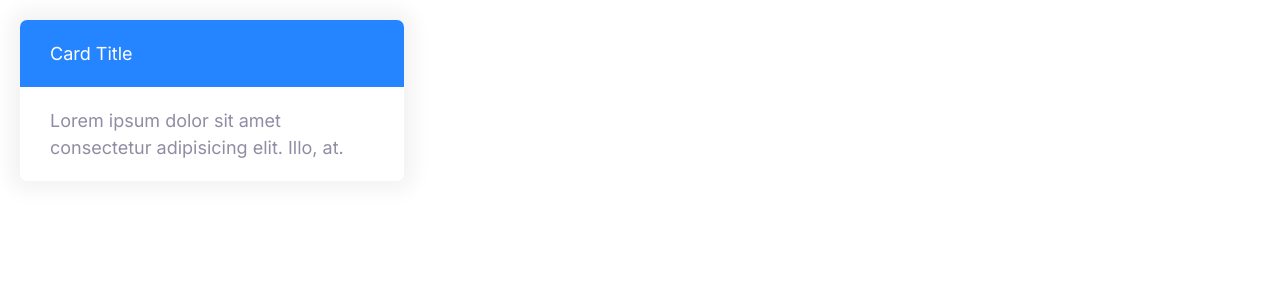
Repository: Qiwenweiii/CodeWithMosh
Page: index.html
These files come from the project's save history. The page is drawn as it stood at one moment and after the next save; the edit follows.
The browser window is 1280 px wide. The pictures show the whole page.

Above is the page before, as saved 2021-11-11 21:57:20.

### index.html
<!DOCTYPE html>
<html>

<head>
    <title>CodeWithMosh</title>
    <meta charset="UTF-8" />

    <link rel="preconnect" href="https://fonts.googleapis.com" />
    <link rel="preconnect" href="https://fonts.gstatic.com" crossorigin />
    <link href="https://fonts.googleapis.com/css2?family=Inter:wght@400;600;700&display=swap" rel="stylesheet" />

    <link rel="stylesheet" href="./styles/normalize.css" />
    <link rel="stylesheet" href="./styles/styles.css" />
</head>

<body>
    <div style="width: 30%; margin: 20px">
        <div class="card card--primary">
            <header class="card__header">Card Title</header>
            <div class="card__body">
                Lorem ipsum dolor sit amet consectetur adipisicing elit. Illo, at.
            </div>
        </div>
    </div>
</body>

</html>

### styles/styles.css
:root {
    /* 定义配色变量 */
    /* 主体配色 */
    --color-primary: #2584ff;
    --color-secondary: #00d9ff;
    --color-accent: #ff3400;
    /* 文本配色 */
    --color-headings: #1b0760;
    --color-body: #918ca4;
    --color-border: #ccc;
    --border-radius: 30px;
}

*,
*::before,
*::after {
    box-sizing: border-box;
}


/* 字体配置 */


/* 设置默认字体大小 */

html {
    /* 默认字体大小是16px，62.5%是10px */
    font-size: 62.5%;
}


/* 设置字体，字体大小和文本颜色 */

body {
    font-family: Inter, Arial, Helvetica, sans-serif;
    color: var(--color-body);
    font-size: 2.4rem;
    line-height: 1.5;
}

h1,
h2,
h3 {
    color: var(--color-headings);
    margin-bottom: 1rem;
}

h1 {
    font-size: 7rem;
}

h2 {
    font-size: 4rem;
}

h3 {
    font-size: 3rem;
}

p {
    margin-top: 0;
}


/* PC端页面字体大小 */

@media screen and (min-width: 1024px) {
    body {
        font-size: 1.8rem;
    }
    h1 {
        font-size: 8rem;
    }
    h3 {
        font-size: 2.4rem;
    }
}


/* 链接配置,Links */

a {
    text-decoration: none;
}

.link-arrow {
    color: var(--color-accent);
    text-transform: uppercase;
    font-size: 2rem;
    font-weight: bold;
}

.link-arrow::after {
    content: "-->";
    margin-left: 5px;
    transition: margin 0.15s;
}

.link-arrow:hover::after {
    margin-left: 10px;
}

@media screen and (min-width: 1024px) {
    .link-arrow {
        font-size: 1.5rem;
    }
}


/* 标签的样式 */


/* 结构 */

.badge {
    border-radius: 20px;
    padding: 0.5rem 2rem;
    font-weight: 600;
    font-size: 2rem;
    white-space: nowrap;
}


/* 外观，常规标签 */

.badge--primary {
    background: var(--color-primary);
    color: #fff;
}

.badge--secondary {
    background: var(--color-secondary);
    color: #fff;
}


/* 小标签 */

.badge--small {
    font-size: 1.6rem;
}

@media screen and (min-width: 1024px) {
    .badge {
        font-size: 1.5rem;
    }
    .badge--small {
        font-size: 1.2rem;
    }
}


/* 列表 */

.list {
    list-style: none;
    padding-left: 0;
    color: var(--color-headings);
}

.list--inline .list__item {
    display: inline-block;
    margin-right: 2rem;
}

.list--tick {
    padding-left: 3rem;
    list-style-image: url(../images/tick.svg);
}

.list--tick .list__item {
    padding-left: 0.5rem;
    margin-bottom: 1rem;
}

@media screen and (min-width: 1024px) {
    .list--tick .list__item {
        padding-left: 0;
    }
}


/* Icon，图标 */

.icon-container {
    display: flex;
    justify-content: center;
    align-items: center;
    background: #f3f9fa;
    width: 64px;
    height: 64px;
    border-radius: 100%;
}

.icon {
    width: 40px;
    height: 40px;
}

.icon--primary {
    fill: var(--color-primary);
}


/* 按钮组件 */

.btn {
    font-size: 1.8rem;
    font-weight: 600;
    text-transform: uppercase;
    text-align: center;
    padding: 2rem 3rem;
    margin: 1rem 0;
    border: 0;
    border-radius: 40px;
    cursor: pointer;
    white-space: nowrap;
}

.btn--primary {
    background-color: var(--color-primary);
    color: #fff;
}

.btn--primary:hover {
    background-color: #3a8ffd;
}

.btn--secondary {
    background-color: var(--color-secondary);
    color: #fff;
}

.btn--secondary:hover {
    background-color: #00c8eb;
}

.btn--accent {
    background-color: var(--color-accent);
    color: #fff;
}

.btn--accent:hover {
    background-color: #ec3000;
}

.btn--outline {
    background-color: #fff;
    color: var(--color-headings);
    border: 2px solid var(--color-headings);
}

.btn--outline:hover {
    background-color: var(--color-headings);
    color: #fff;
}

.btn--block {
    width: 100%;
    display: inline-block;
}

@media screen and (min-width: 1024px) {
    .btn {
        font-size: 1.5rem;
    }
}


/* 输入框组件 */

.input {
    padding: 1.5rem 3.5rem;
    border: 1px solid var(--color-border);
    border-radius: var(--border-radius);
    outline: none;
    color: var(--color-headings);
    font-size: 2rem;
}

::placeholder {
    color: #cdcdb7;
}

.input-group {
    display: flex;
    border: 1px solid var(--color-border);
    border-radius: var(--border-radius);
}

.input-group .input {
    border: 0;
    flex-grow: 1;
    /* 按钮在左侧时，或者左侧有其他内容时新增这一句 */
    /* padding: 1.5rem 1rem; */
}

.input-group .btn {
    margin: 4px;
}

@media screen and (min-width: 1024px) {
    .input {
        font-size: 1.5rem;
    }
}


/* 卡片模块 */

.card {
    border-radius: 7px;
    box-shadow: 0 0 20px 10px #f3f3f3;
    overflow: hidden;
}

.card__header,
.card__body {
    padding: 2rem 3rem;
}

.card--primary .card__header {
    background-color: var(--color-primary);
    color: #fff;
}

.card--secondary .card__header {
    background-color: var(--color-secondary);
    color: #fff;
}

Loaded but not shown: styles/normalize.css (library)

After the next save:
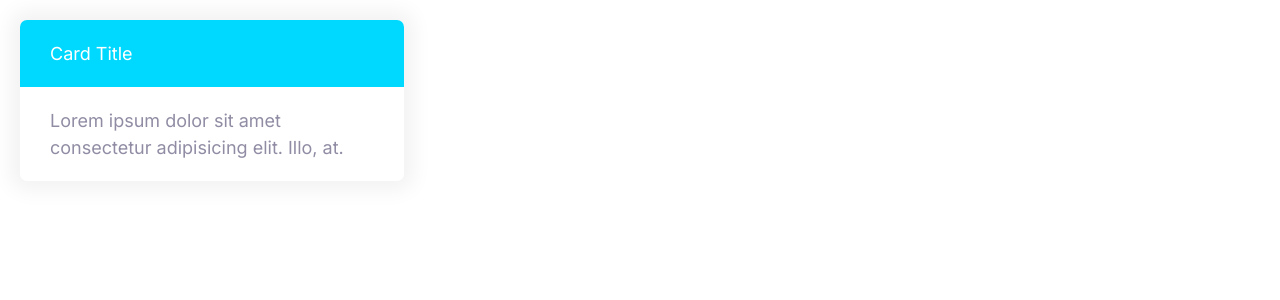
Saved 20 s later.
--- a/index.html
+++ b/index.html
@@ -15,7 +15,7 @@
 
 <body>
     <div style="width: 30%; margin: 20px">
-        <div class="card card--primary">
+        <div class="card card--secondary">
             <header class="card__header">Card Title</header>
             <div class="card__body">
                 Lorem ipsum dolor sit amet consectetur adipisicing elit. Illo, at.
